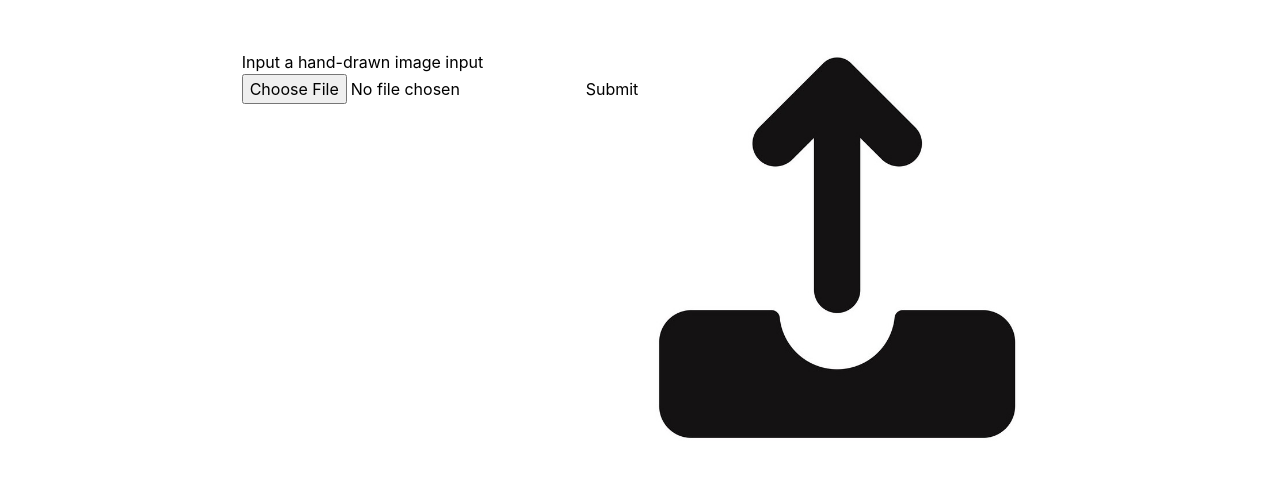
Repository: Laanith/TensorflowModelDeployment
Page: / (app in tensorflownode/)
An editor plug-in stored every save of this project. The page is shown before and after the next save, followed by the edit.
The browser window is 1280 px wide. The pictures show the whole page.
The project was rebuilt for these pictures with package versions that can differ from the ones it lists, and the page was loaded fresh each time.

Above is the page before, as saved 2023-10-24 10:26:46.

After the next save:
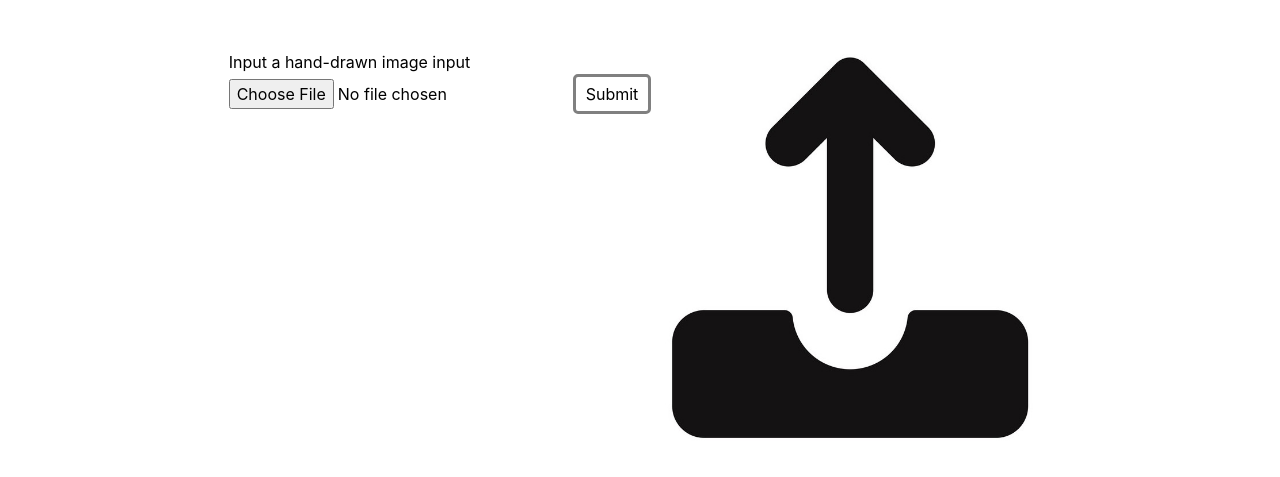
Saved 8 s later.
--- a/tensorflownode/src/App.js
+++ b/tensorflownode/src/App.js
@@ -22,7 +22,7 @@ function App() {
           required
           onChange={handleUpload}
         ></input>
-        <button type="submit">Submit</button>
+        <button type="submit" className="submitButton">Submit</button>
       </form>
       <br></br>
       <div id="imgpreview" className="block">
